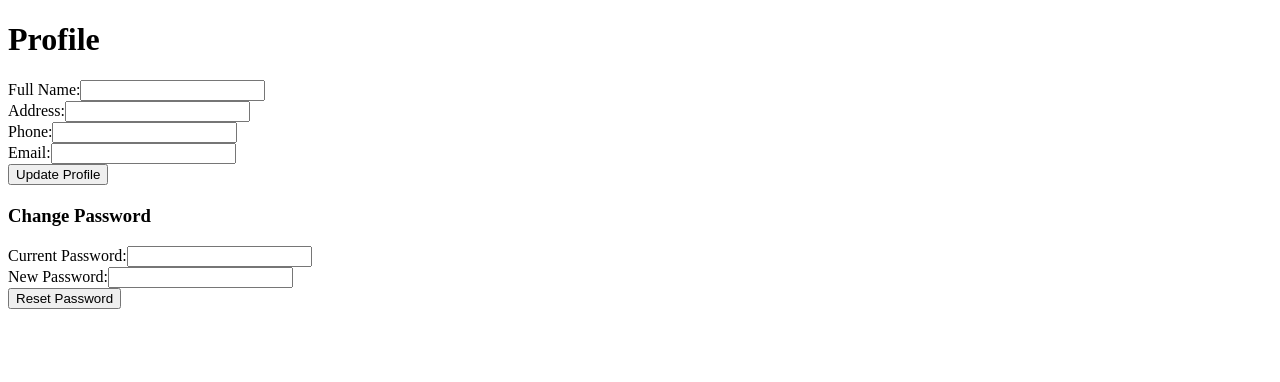
Repository: naca091/Countlories
Page: /user/profile (app in recipe-app/)
These files come from the project's save history. The page is drawn as it stood at one moment and after the next save; the edit follows.
The browser window is 1280 px wide. The pictures show the whole page.
The page's requests for data from a server got no answer. The project was rebuilt for these pictures with package versions that can differ from the ones it lists, and the page was loaded fresh each time. No one was signed in, and anything a server would have sent is missing. Also part of the build but not shown: recipe-app/src/components/Admin/Ingredients/IngredientForm.js, recipe-app/src/components/Admin/Ingredients/IngredientList.js, recipe-app/src/components/Admin/Categories/CategoryForm.js, recipe-app/src/components/Admin/Categories/CategoryList.js, recipe-app/src/components/Admin/Menus/MenuForm.js, recipe-app/src/components/Admin/Menus/MenuList.js, recipe-app/src/components/ErrorFallback.js, recipe-app/src/components/User/Menu/MenuDetailModal.js and 5 more. Imported but missing from the stored project, and not drawn on this page: recipe-app/src/components/Loading.

Above is the page before, as saved 2025-01-12 22:07:51.

### recipe-app/src/index.js
import React from 'react';
import ReactDOM from 'react-dom/client';
import { ConfigProvider } from 'antd';
import App from './App'; // Import App component

const root = ReactDOM.createRoot(document.getElementById('root'));
root.render(
  <React.StrictMode>
    <ConfigProvider>
      <App /> {/* Sử dụng App component */}
    </ConfigProvider>
  </React.StrictMode>
);

### recipe-app/src/App.js
import React, { Suspense } from 'react';
import { BrowserRouter, Routes, Route } from 'react-router-dom';
import { ErrorBoundary } from 'react-error-boundary';
import { Loading } from './components/Loading';
import IngredientList from './components/Admin/Ingredients/IngredientList';
import CategoryList from './components/Admin/Categories/CategoryList';
import MenuList from './components/Admin/Menus/MenuList';
import ErrorFallback from './components/ErrorFallback';
import Homepage from './components/User/Homepage';
import UserProfile from './components/User/Profile';
import UserList from './components/Admin/Users/UserList';
import RoleList from './components/Admin/Roles/RoleList';
// Lazy load components
const Register = React.lazy(() => import('./components/User/Register'));
const Login = React.lazy(() => import('./components/User/Login'));

function App() {
  return (
    <ErrorBoundary FallbackComponent={ErrorFallback}>
      <BrowserRouter future={{
        v7_startTransition: true,
        v7_relativeSplatPath: true
      }}>
        <Suspense fallback={<Loading />}>
          <Routes>
            <Route path="/register" element={<Register />} />
            <Route path="/login" element={<Login />} />
            <Route path="/admin/ingredients" element={<IngredientList />} />
            <Route path="/admin/categories" element={<CategoryList />} />
            <Route path="/admin/menus" element={<MenuList />} />
            <Route path="/user/homepage" element={<Homepage />} />
            <Route path="/user/profile" element={<UserProfile />} />
            <Route path="/admin/user" element={<UserList />} />
            <Route path="/admin/roles" element={<RoleList />} />

          </Routes>
        </Suspense>
      </BrowserRouter>
    </ErrorBoundary>
  );
}

export default App;

### recipe-app/src/components/User/Profile.js
import React, { useState, useEffect } from 'react';
import axios from 'axios';

const Profile = ({ userId }) => {
  const [user, setUser] = useState({
    fullName: '',
    address: '',
    phone: '',
    email: '',
  });
  const [currentPassword, setCurrentPassword] = useState('');
  const [newPassword, setNewPassword] = useState('');
  const [message, setMessage] = useState('');

  useEffect(() => {
    // Fetch user data
    const fetchUser = async () => {
      try {
        const response = await axios.get(`/api/users/${userId}`);
        setUser(response.data.data);
      } catch (error) {
        console.error('Failed to fetch user data:', error);
      }
    };

    fetchUser();
  }, [userId]);

  const handleInputChange = (e) => {
    const { name, value } = e.target;
    setUser((prev) => ({ ...prev, [name]: value }));
  };

  const handleUpdateProfile = async (e) => {
    e.preventDefault();
    try {
      const response = await axios.put(`/api/users/${userId}`, user);
      setMessage(response.data.message);
    } catch (error) {
      setMessage(error.response?.data?.message || 'Failed to update profile');
    }
  };

  const handleChangePassword = async (e) => {
    e.preventDefault();
    try {
      const response = await axios.put(`/api/users/${userId}/password`, {
        currentPassword,
        newPassword,
      });
      setMessage(response.data.message);
      setCurrentPassword('');
      setNewPassword('');
    } catch (error) {
      setMessage(error.response?.data?.message || 'Failed to update password');
    }
  };

  return (
    <div className="profile-container">
      <h1>Profile</h1>
      {message && <p>{message}</p>}

      <form onSubmit={handleUpdateProfile}>
        <div>
          <label>Full Name:</label>
          <input
            type="text"
            name="fullName"
            value={user.fullName}
            onChange={handleInputChange}
            required
          />
        </div>
        <div>
          <label>Address:</label>
          <input
            type="text"
            name="address"
            value={user.address}
            onChange={handleInputChange}
            required
          />
        </div>
        <div>
          <label>Phone:</label>
          <input
            type="text"
            name="phone"
            value={user.phone}
            onChange={handleInputChange}
            required
          />
        </div>
        <div>
          <label>Email:</label>
          <input
            type="email"
            name="email"
            value={user.email}
            onChange={handleInputChange}
            required
          />
        </div>
        <button type="submit">Update Profile</button>
      </form>

      <form onSubmit={handleChangePassword} style={{ marginTop: '20px' }}>
        <h3>Change Password</h3>
        <div>
          <label>Current Password:</label>
          <input
            type="password"
            value={currentPassword}
            onChange={(e) => setCurrentPassword(e.target.value)}
            required
          />
        </div>
        <div>
          <label>New Password:</label>
          <input
            type="password"
            value={newPassword}
            onChange={(e) => setNewPassword(e.target.value)}
            required
          />
        </div>
        <button type="submit">Reset Password</button>
      </form>
    </div>
  );
};

export default Profile;

Loaded but not shown: recipe-app/public/index.html (common file)

After the next save:
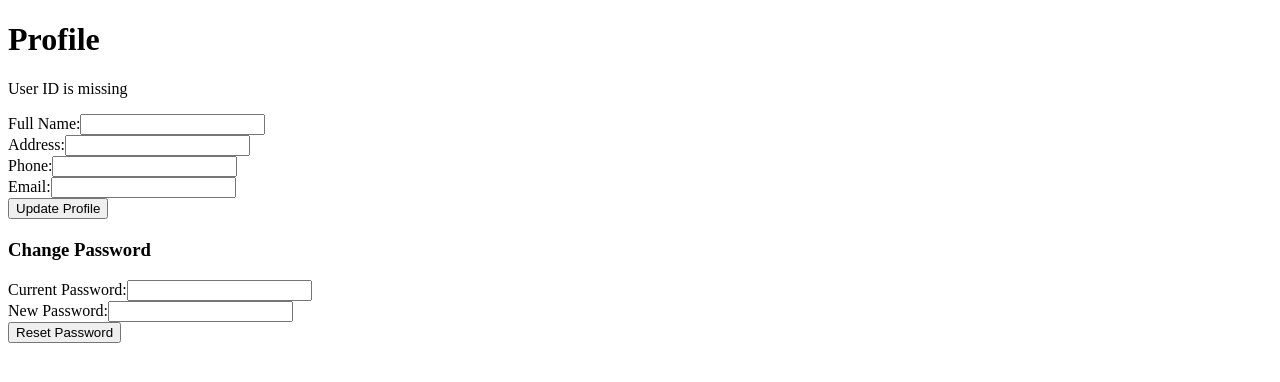
Saved 2 min 6 s later.
--- a/recipe-app/src/components/User/Profile.js
+++ b/recipe-app/src/components/User/Profile.js
@@ -1,7 +1,9 @@
 import React, { useState, useEffect } from 'react';
 import axios from 'axios';
+import { useParams } from 'react-router-dom'; // Nếu userId đến từ URL
 
-const Profile = ({ userId }) => {
+const Profile = () => {
+  const { userId } = useParams(); // Lấy userId từ URL
   const [user, setUser] = useState({
     fullName: '',
     address: '',
@@ -13,13 +15,19 @@ const Profile = ({ userId }) => {
   const [message, setMessage] = useState('');
 
   useEffect(() => {
+    if (!userId) {
+      setMessage('User ID is missing');
+      return;
+    }
+
     // Fetch user data
     const fetchUser = async () => {
       try {
         const response = await axios.get(`/api/users/${userId}`);
         setUser(response.data.data);
       } catch (error) {
-        console.error('Failed to fetch user data:', error);
+        setMessage('Failed to fetch user data');
+        console.error(error);
       }
     };
 
@@ -33,6 +41,11 @@ const Profile = ({ userId }) => {
 
   const handleUpdateProfile = async (e) => {
     e.preventDefault();
+    if (!userId) {
+      setMessage('User ID is missing');
+      return;
+    }
+
     try {
       const response = await axios.put(`/api/users/${userId}`, user);
       setMessage(response.data.message);
@@ -43,6 +56,11 @@ const Profile = ({ userId }) => {
 
   const handleChangePassword = async (e) => {
     e.preventDefault();
+    if (!userId) {
+      setMessage('User ID is missing');
+      return;
+    }
+
     try {
       const response = await axios.put(`/api/users/${userId}/password`, {
         currentPassword,
